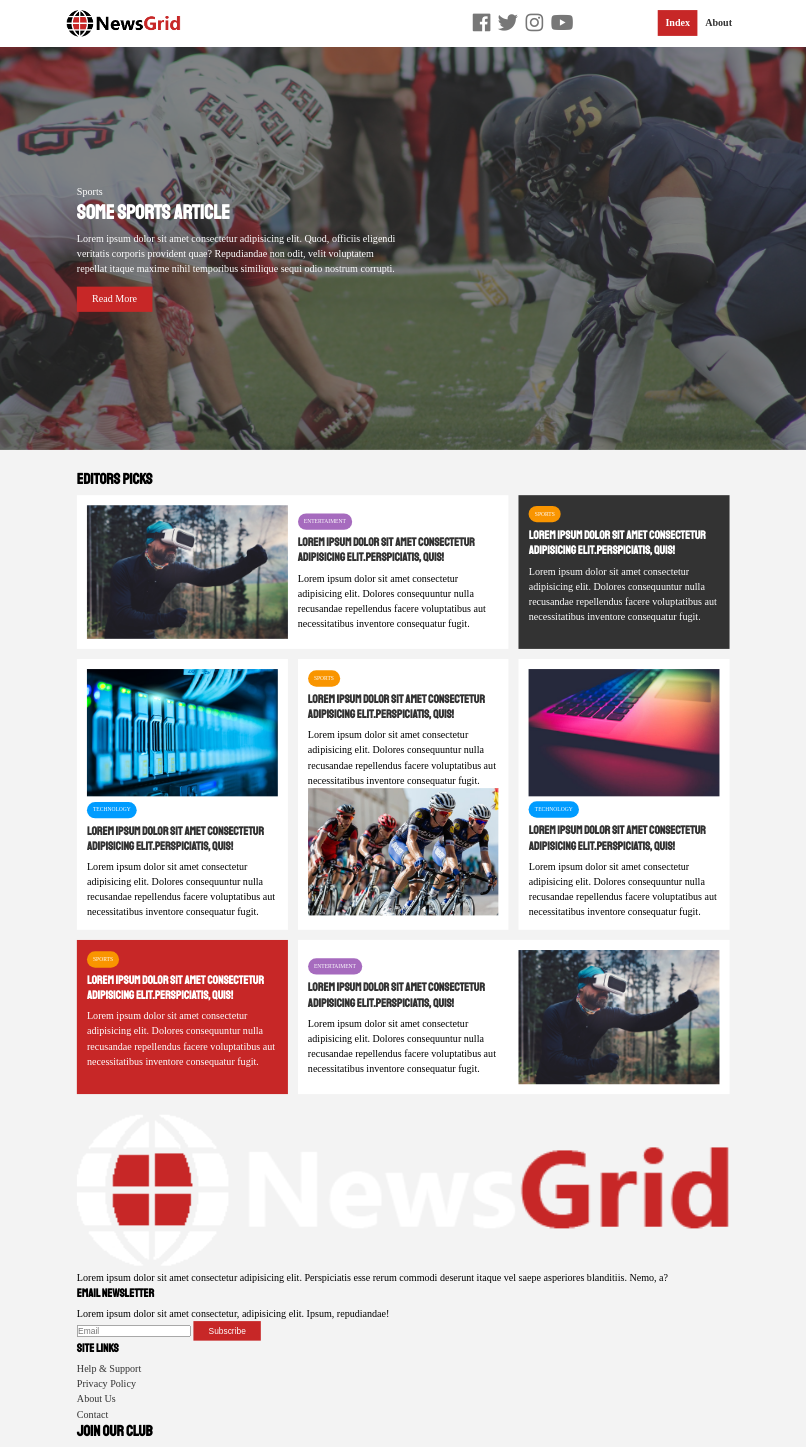
Repository: minhtien9/newsgrid
Page: index.html
The author's editor kept a copy of each file at every save. The page is drawn from the files as they stood at one save, then again after the next save.
The browser window is 1280 px wide. The pictures show the whole page, at 63% of full size.
Some web libraries are served in a nearby version.

Above is the page before, as saved 2021-08-25 22:31:54.

After the next save:
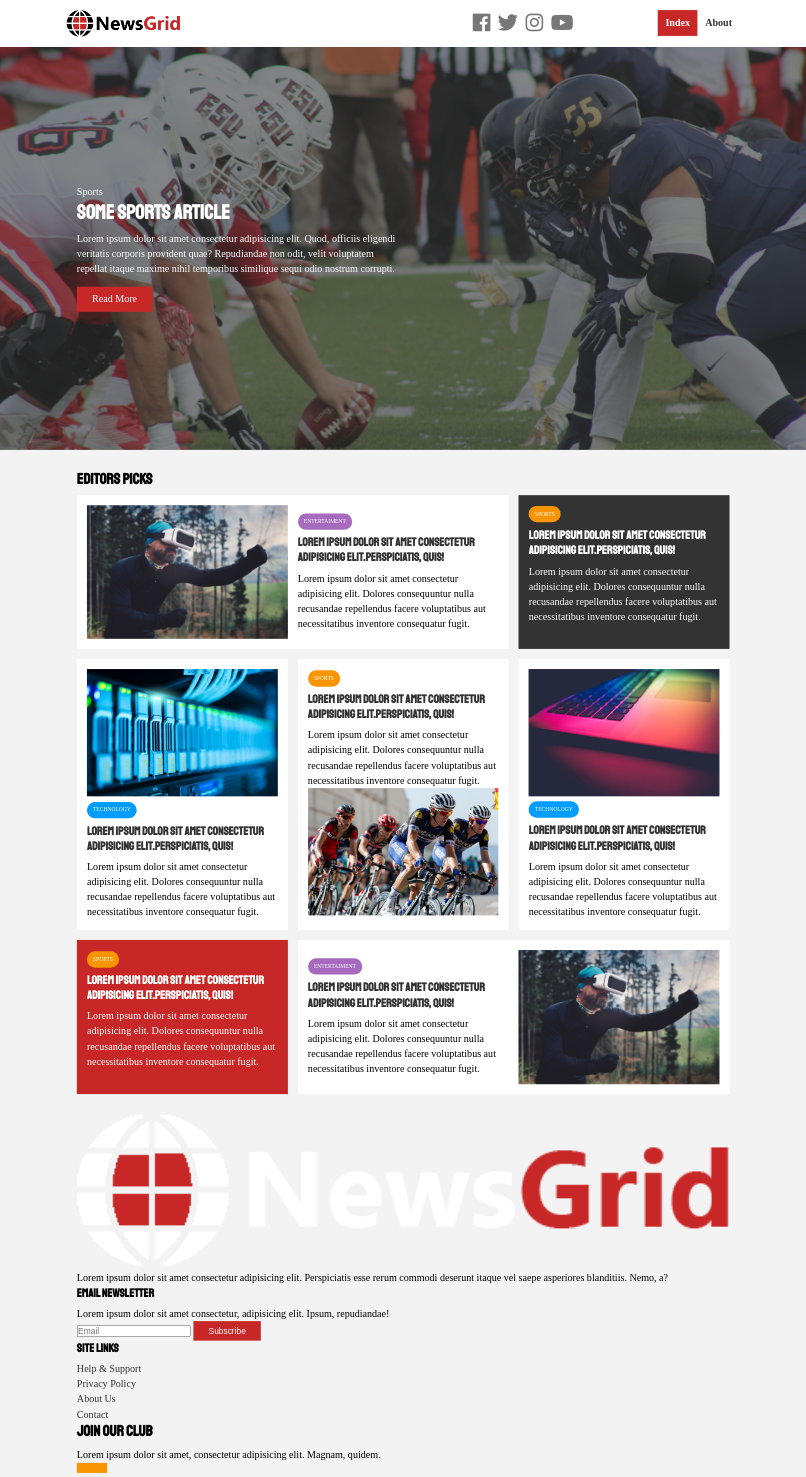
Saved 23 s later.
--- a/index.html
+++ b/index.html
@@ -195,6 +195,10 @@
                     </div>
                     <div>
                         <h2>Join Our Club</h2>
+                        <p>
+                            Lorem ipsum dolor sit amet, consectetur adipisicing elit. Magnam, quidem.
+                        </p>
+                        <a href="#" class="btn btn-secondary"></a>
                     </div>
             </div>
             </footer>
